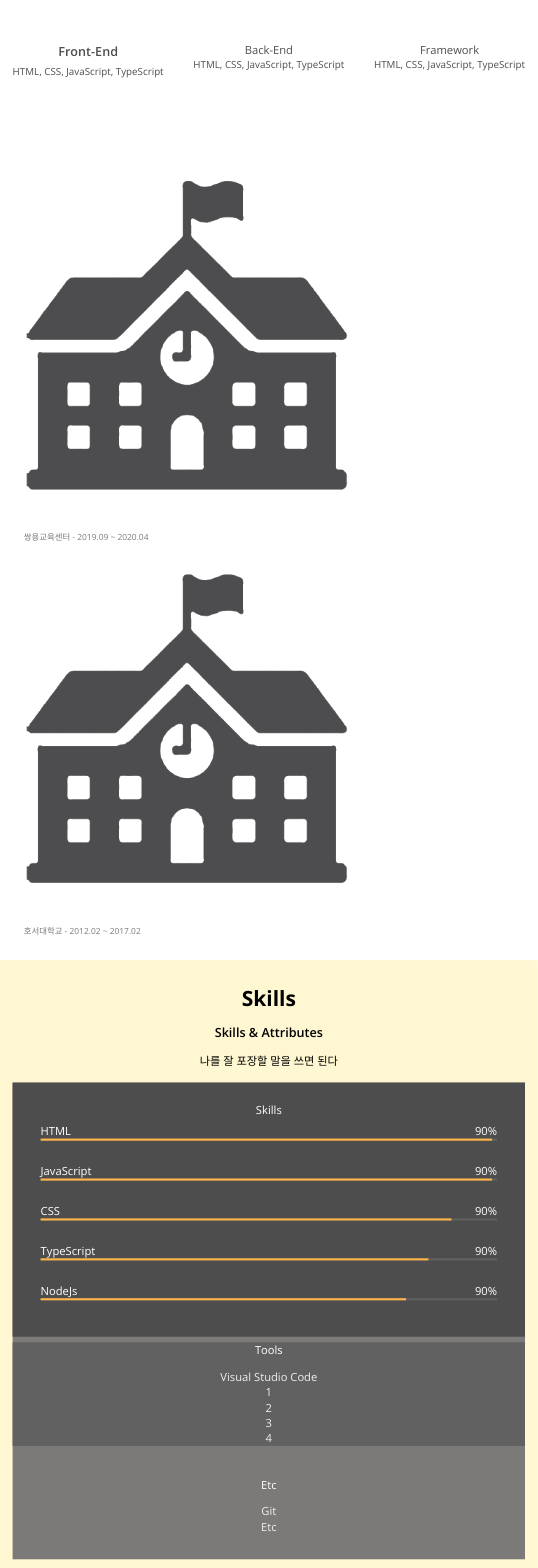
Repository: DevMinwoo-Jung/MinwooPortfolio
Page: index.html
The author's editor kept a copy of each file at every save. The page is drawn from the files as they stood at one save, then again after the next save.
The browser window is 768 px wide. The pictures show the part of the page from y = 1112 to 3352 px (the page is 5923 px tall before and 5915 px after), at 70% of full size.

Above is the page before, as saved 2021-06-07 08:12:21.

### index.html
<!DOCTYPE html>
<html lang="en">
<head>
  <meta charset="UTF-8">
  <meta http-equiv="X-UA-Compatible" content="IE=edge">
  <meta name="viewport" content="width=device-width, initial-scale=1.0">
  <title>Minwoo's Portfolio</title>
  <meta name="description" content="(will be) world-renowned Front-End Web developer Minwoo">
  <meta name="author" content= "Minwoo Jung">
  <link rel="icon" type ="image/png" href="imgs/favicon.png">
  <link rel="stylesheet" href="https://use.fontawesome.com/releases/v5.15.3/css/all.css" integrity="sha384-SZXxX4whJ79/gErwcOYf+zWLeJdY/qpuqC4cAa9rOGUstPomtqpuNWT9wdPEn2fk" crossorigin="anonymous">
  <link rel="preconnect" href="https://fonts.gstatic.com">
<link href="https://fonts.googleapis.com/css2?family=Open+Sans:wght@400;600;700&display=swap" rel="stylesheet">
<link rel="stylesheet" href="style.css">
<script src="main.js" defer></script>
</head>
<body>
  <!-- Navbar -->
  <nav id="navbar">
    <div class="navbar__logo">
      <img src="imgs/favicon.png" alt="">
      <a href="#">Minwoo</a>
    </div>
    <div class="navbar__menu">
      <ul class="navbar__menu">
        <li class="navbar__menu__item active" data-link="#home">Home</li>
        <li class="navbar__menu__item" data-link="#about">About</li>
        <li class="navbar__menu__item" data-link="#skills">Skills</li>
        <li class="navbar__menu__item" data-link="#work">My work</li>
        <li class="navbar__menu__item" data-link="#testimonials">Testimonial</li>
        <li class="navbar__menu__item" data-link="#contact">Contact</li>
      </ul>
    </div>
  <!-- Toggle Button -->
      <button class="navbar__toggle-btn">
        <i class="fas fa-bars"></i>
      </button>
  </nav>

  <!-- Arrow Button -->
    <button class="home__btn" data-link="#home">
      <i class="fas fa-chevron-circle-up"></i>
    </button>


  <!-- Home -->
  <section id="home">
    <div class="home__container">
      <img src="imgs/myPhoto.jpg" alt="Minwoo's profile photo" class="home__avatar">
      <h1 class="home__title">반갑습니다. <br> 프론트엔드 개발자 정민우입니다.</h1>
      <h2 class="home__description">멈추지 않는 개발자로 살아가고싶습니다.</h2>
      <button class="home__contact" data-link="#contact">Contact Me</button>
    </div>
  </section>
  <!-- About -->
  <section id="about" class="section section__container">
    <h1>About me</h1>
    <p>나를 나타내는 문장 문장 장문 문에 있는 고추장</p>
    <div class="aoubt__majors">
      <div class="major">
        <div class="major__icon">
          <i class="fab fa-js-square"></i>
        </div>
        <h2 class="major__title">Front-End</h2>
        <div class="major__description">
          HTML, CSS, JavaScript, TypeScript
        </div>
      </div>
      <div class="major">
        <div class="major__icon">
          <i class="fab fa-node"></i>
        </div>
        <div class="major__title">Back-End</div>
        <div class="major__description">
          HTML, CSS, JavaScript, TypeScript
        </div>
      </div>
      <div class="major">
        <div class="major__icon">
          <i class="fab fa-react"></i>
        </div>
        <div class="major__title">Framework</div>
        <div class="major__description">
          HTML, CSS, JavaScript, TypeScript
        </div>
      </div>
    </div>
    <div class="aoubt__jobs">
      <div class="job">
        <img src="imgs/school.png" alt="" class="job__logo">
      </div>
      <div class="job__description">
        <p class="job__period">쌍용교육센터 - 2019.09 ~ 2020.04</p>
      </div>
      <div class="job">
        <img src="imgs/school.png" alt="" class="job__logo">
      </div>
      <div class="job__description">
        <p class="job__period">호서대학교 - 2012.02 ~ 2017.02</p>
      </div>
    </div>



  </section>
  <!-- Skills -->
  <section id="skills" class="section">
    <div class="section__container">
      <h1>Skills</h1>
      <h2>Skills & Attributes</h2>
      <p>
        나를 잘 포장할 말을 쓰면 된다
      </p>
      <div class="skillset">
        <div class="skillset__left">
          <h3 class="skillset__title">Skills</h3>
          <div class="skill">
            <div class="skill__description">
              <span>HTML</span>
              <span>90%</span>
            </div>
            <div class="skill__bar">
              <div class="skill__value" style="width: 99%;"></div>
            </div>
          </div>
          <div class="skill">
            <div class="skill__description">
              <span>JavaScript</span>
              <span>90%</span>
            </div>
            <div class="skill__bar">
              <div class="skill__value"  style="width: 99%;"></div>
            </div>
          </div>
          <div class="skill">
            <div class="skill__description">
              <span>CSS</span>
              <span>90%</span>
            </div>
            <div class="skill__bar">
              <div class="skill__value"  style="width: 90%;"></div>
            </div>
          </div>
          <div class="skill">
            <div class="skill__description">
              <span>TypeScript</span>
              <span>90%</span>
            </div>
            <div class="skill__bar">
              <div class="skill__value"  style="width: 85%;"></div>
            </div>
          </div>
          <div class="skill">
            <div class="skill__description">
              <span>NodeJs</span>
              <span>90%</span>
            </div>
            <div class="skill__bar">
              <div class="skill__value"  style="width: 80%;"></div>
            </div>
          </div>
        </div>
        <div class="skillset__right">
          <div class="tools">
            <h3 class="skillset__title">Tools</h3>
            <ul class="tools__list">
              <li><span>Visual Studio Code</span></li>
              <li><span>1</span></li>
              <li><span>2</span></li>
              <li><span>3</span></li>
              <li><span>4</span></li>
            </ul>
          </div>
          <div class="etc">
            <h3 class="skillset__title">Etc</h3>
            <ul class="etc__list">
              <li><span>Git</span></li>
              <li><span>Etc</span></li>
            </ul>
          </div>
        </div>
      </div>
    </div>
  </section>
  <!-- Work -->
  <section id="work" class="section">
<div class="section__container">
  <h1>My work</h1>
  <h3>Projects</h3>
  <div class="work__categories">
    <button class="category__btn selected" data-filter="*">All <span class="category__count">8</span></button>
    <button class="category__btn" data-filter="Front-End">Front-End <span class="category__count">3</span></button>
    <button class="category__btn" data-filter="React">React <span class="category__count">2</span></button>
    <button class="category__btn" data-filter="vanilaJs">VanilaJs <span class="category__count">2</span></button>
    <button class="category__btn" data-filter="nodeJs">NodeJs <span class="category__count">1</span></button>
  </div>
  <div class="work__projects">
    <a href="mygithub" class="project" target="blank" data-type="*">
    <img class="project__img" src="imgs/favicon.png" alt="project1">
    <!-- 이미지 추후에 넣자 -->
    <div class="project__description">
      <h3>Proejct</h3>
      <span>Clone coding with HTML and CSS</span>
    </div>
    </a>
    <a href="mygithub" class="project" target="blank" data-type="Front-End">
      <img class="project__img" src="imgs/favicon.png" alt="project1">
      <!-- 이미지 추후에 넣자 -->
      <div class="project__description">
        <h3>Proejct</h3>
        <span>Clone coding with HTML and CSS</span>
      </div>
      </a>
      <a href="mygithub" class="project" target="blank" data-type="Front-End">
        <img class="project__img" src="imgs/favicon.png" alt="project1">
        <!-- 이미지 추후에 넣자 -->
        <div class="project__description">
          <h3>Proejct</h3>
          <span>Clone coding with HTML and CSS</span>
        </div>
      </a>
      <a href="mygithub" class="project" target="blank" data-type="React">
        <img class="project__img" src="imgs/favicon.png" alt="project1">
        <!-- 이미지 추후에 넣자 -->
        <div class="project__description">
          <h3>Proejct</h3>
          <span>Clone coding with HTML and CSS</span>
        </div>
      </a>
      <a href="mygithub" class="project" target="blank" data-type="vanilaJs">
        <img class="project__img" src="imgs/favicon.png" alt="project1">
        <!-- 이미지 추후에 넣자 -->
        <div class="project__description">
          <h3>Proejct</h3>
          <span>Clone coding with HTML and CSS</span>
        </div>
      </a>
      <a href="mygithub" class="project" target="blank" data-type="vanilaJs">
        <img class="project__img" src="imgs/favicon.png" alt="project1">
        <!-- 이미지 추후에 넣자 -->
        <div class="project__description">
          <h3>Proejct</h3>
          <span>Clone coding with HTML and CSS</span>
        </div>
      </a>
      <a href="mygithub" class="project" target="blank" data-type="nodeJs">
        <img class="project__img" src="imgs/favicon.png" alt="project1">
        <!-- 이미지 추후에 넣자 -->
        <div class="project__description">
          <h3>Proejct</h3>
          <span>Clone coding with HTML and CSS</span>
        </div>
      </a>
      <a href="mygithub" class="project" target="blank" data-type="React">
        <img class="project__img" src="imgs/favicon.png" alt="project1">
        <!-- 이미지 추후에 넣자 -->
        <div class="project__description">
          <h3>Proejct</h3>
          <span>Clone coding with HTML and CSS</span>
        </div>
      </a>
  </div>
</div>
  </section>
  <!-- Testimonials -->
  <section id="testimonials" class="section">
<div class="section__container">
  <h1>Testmonials</h1>
  <h3>See what they say about me</h3>
  <div class="testimonials">
    <div class="testimonial">
      <img src="imgs/testimonail/people.jpg" alt="" class="testimonial__avatar">
      <div class="testimonail__speech-bubble">
        <p>Lorem Ipsum is simply dummy text of the printing and typesetting industry. Lorem Ipsum has been the industry's standard dummy text ever since the 1500s, when an unknown printer took a galley of type and scrambled it to make a type specimen book. It has survived not only five centuries, but also the leap into electronic typesetting, remaining essentially unchanged. It was popularised in the 1960s with the release of Letraset sheets containing Lorem Ipsum passages, and more recently with desktop publishing software like Aldus PageMaker including versions of Lorem Ipsum.</p>
        <p class="name"><a href="">이름</a>일한곳</p>
      </div>
    </div>
    <div class="testimonial">
      <div class="testimonail__speech-bubble">
        <p>Lorem Ipsum is simply dummy text of the printing and typesetting industry. Lorem Ipsum has been the industry's standard dummy text ever since the 1500s, when an unknown printer took a galley of type and scrambled it to make a type specimen book. It has survived not only five centuries, but also the leap into electronic typesetting, remaining essentially unchanged. It was popularised in the 1960s with the release of Letraset sheets containing Lorem Ipsum passages, and more recently with desktop publishing software like Aldus PageMaker including versions of Lorem Ipsum.</p>
        <p class="name"><a href="">이름</a>일한곳</p>
      </div>
      <img src="imgs/testimonail/people.jpg" alt="" class="testimonial__avatar">
    </div>
  </div>
</div>
  </section>
  <!-- Contact -->
  <section id="contact" class="section">
    <h1 class="contact__title">Let's talk</h1>
    <h2 class="contact__email">applejung312@gmail.com</h2>
    <div class="contact__links">
      <a href="https://github.com/DevMinwoo-Jung" target="_blank">
        <i class="fab fa-github"></i>
      </a>
      <a href="https://dev-minwoo.tistory.com/" target="_blank">
        <i class="fas fa-blog"></i>
      </a>
    </div>
    <p class="contact__right">
      2021 Minwoo Jung - All rights reseverd
    </p>
  </section>
</body>
</html>

### style.css
/* Global */
:root {
  /* Color */
  --color-white: #ffffff;
  --color-light-white: #eeeeee;
  --color-dark-white: #bdbdbd;
  --color-pink: #fe918d;
  --color-dark-pink: #ff6863;
  --color-dark-grey: #4d4d4d;
  --color-grey: #616161;
  --color-light-grey: #7c7979;
  --color-blue: #73aace;
  --color-yellow: #fff7d1;
  --color-orange: #feb546;
  --color-black: #000000;
  --color-dard-purple: rgb(78, 23, 69);

  /* Font size */
  --font-large: 48px;
  --font-medium: 28px;
  --font-regular: 18px;
  --font-small: 16px;
  --font-micro: 14px;

  /* Font weight */
  --weight-bold: 700;
  --weight-semi-bold: 600;
  --weight-regular: 400;

  /* Size */
  --size-border-radius: 4px;

  /* Animation Duration */
  --animation-duration: 300ms;
}

/* Universal tags */
* {
  box-sizing: border-box;
}

/* Typography */
h1 {
  font-size: var(--font-large);
  font-weight: var(--weight-bold);
  color: var(--color-black);
  margin: 16px 0px;
}

h2 {
  font-size: var(--font-medium);
  font-weight: var(--weight-semi-bold);
  color: var(--color-black);
  margin: 8px 0;
}

h3 {
  font-size: var(--font-regular);
  font-weight: var(--weight-regular);
  color: var(--color-black);
  margin: 8px 0;
}

p {
  font-size: var(--font-regular);
  font-weight: var(--weight-regular);
  color: var(--color-black);
  margin: 16px 0;
}

body {
  margin: 0;
  font-family: "Open Sans", sans-serif;
  cursor: default;
}

a {
  text-decoration: none;
  color: var(--color-white);
}

ul {
  list-style: none;
  padding-left: 0;
}

li {
  list-style: none;
}

button {
  background-color: transparent;
  cursor: pointer;
  border: none;
  outline: none;
}

/* Navbar */
#navbar {
  display: flex;
  justify-content: space-between;
  background-color: purple;
  align-items: center;
  position: fixed;
  width: 100%;
  transition: all var(--animation-duration) ease-in-out;
  z-index: 1;
}

#navbar.navbar--dark {
  background-color: rgb(150, 95, 150);
  padding: 8px;
}

.navbar__menu {
  display: flex;
}

.navbar__menu__item {
  padding: 8px 12px;
  margin: 0 4px;
  cursor: pointer;
  color: var(--color-white);
  border: 1px solid transparent;
}

.navbar__menu__item:hover {
  background-color: var(--color-dard-purple);
  border-radius: var(--size-border-radius);
}

.navbar__logo {
  font-size: var(--font-medium);
  font-weight: var(--weight-semi-bold);
  color: white;
}

.navbar__logo img {
  height: 100px;
  width: 100px;
}

.navbar__logo a {
  position: relative;
  bottom: 35px;
}

.navbar__toggle-btn {
  position: absolute;
  right: 32px;
  font-size: 24px;
  color: var(--color-white);
  top: 24px;
  display: none;
}

/* Home */
#home {
  background: url("imgs/background\ Img.png") center/cover no-repeat;
  padding: 150px;
  text-align: center;
}

.home__fadeOut {
  opacity: 0.5;
  transition: all calc(var(--animation-duration)) ease-in-out;
}

.home__avatar {
  width: 250px;
  height: 250px;
  border-radius: 50%;
  border: 2px solid var(--color-white);
}

.home__title,
.home__description {
  color: var(--color-white);
}

.home__contact {
  color: var(--color-white);
  font-size: var(--font-regular);
  font-weight: var(--weight-bold);
  margin: 24px;
  padding: 8px 12px;
  border: 2px solid (var(--color-white));
  border-radius: var(--size-border-radius);
}

.home__contact:hover {
  background-color: rgb(151, 87, 151);
}

/* Section common */
.section {
  margin: auto;
  padding: 50px;
  text-align: center;
}

.section__container {
  max-width: 1200px;
  margin: auto;
}

/* About */
.aoubt__majors {
  display: flex;
  justify-content: space-between;
  margin: 80px 0;
}

.major__icon {
  width: 170px;
  height: 170px;
  font-size: 70px;
  line-height: 170px;
  margin: auto;
  border: 1px solid var(--color-white);
  border-radius: 50%;
  margin-bottom: 16px;
  color: var(--color-blue);
}

.major__icon i {
  transition: all var(--animation-duration) ease;
}

.major__icon:hover i {
  color: var(--color-pink);
  transform: rotate(-30deg) scale(1.1);
}

/*
.major__icon i:hover{
  이렇게하면 i에 올려났을때만 변하지만
  위처럼하면 icon에 올렸을때 i만 변한다
  color: var(--color-pink);
  transform: rotate(-30deg) scale(1.1);
} */

.major__title,
.major__description {
  color: var(--color-dark-grey);
}

.major__description {
  font-size: var(--font-small);
}

.job {
  display: flex;
  align-items: center;
}

.job__description {
  margin: 0 16px;
  text-align: left;
}

.job__name,
.job__period {
  color: var(--color-light-grey);
}

.job__name {
  font-size: var(--font-small);
}

.job__period {
  font-size: var(--font-micro);
}

/* Skill */
#skills {
  background-color: var(--color-yellow);
}

.skillset {
  display: flex;
  background-color: var(--color-light-grey);
  color: var(--color-light-white);
  margin: 20px 0;
}

.skillset__title {
  color: var(--color-white);
}

.skillset__left {
  flex-basis: 60%;
  background-color: var(--color-dark-grey);
  color: var(--color-white);
  padding: 20px 40px;
}

.skill__description {
  display: flex;
  justify-content: space-between;
}

.skillset__right {
  flex-basis: 40%;
}

.tools {
  background-color: var(--color-grey);
}

.skill__bar {
  width: 100%;
  height: 3px;
  background-color: var(--color-grey);
}

.skill {
  margin-bottom: 32px;
}

.skill__value {
  height: 3px;
  background-color: var(--color-orange);
}

.tolls,
.etc {
  padding: 20px;
}

/* Work */
.work__categories {
  margin: 40px;
}

.category__btn {
  border: 1px solid var(--color-dark-grey);
  border-radius: var(--size-border-radius);
  font-size: var(--font-regular);
  padding: 8px 48px;
}

.category__btn.selected,
.category__btn:hover {
  background-color: var(--color-pink);
  color: var(--color-white);
}

.category__btn.selected,
.category__count,
.category__btn:hover .category__count {
  opacity: 1;
  top: 0;
}
.category__count {
  background-color: var(--color-orange);
  border-radius: 50%;
  color: var(--color-white);
  width: 24px;
  height: 24px;
  display: inline-block;
  line-height: 24px;
  position: relative;
  top: -20px;
  left: 4px;
  opacity: 0;
  transition: all var(--animation-duration);
}

.work__projects {
  display: flex;
  flex-wrap: wrap;
  justify-content: center;
  opacity: 1;
  transition: all var(--animation-duration) ease-out;
}

.work__projects.anim-out {
  opacity: 0;
  transform: scale(0.9) translateY(40px);
}

.project {
  width: 280px;
  display: flex;
  justify-content: center;
  align-items: center;
  height: 250px;
  margin: 2px;
  background-color: var(--color-light-white);
  position: relative;
}

.project__img {
  max-width: 100%;
  max-height: 100%;
  align-self: center;
}

.project__description {
  position: absolute;
  top: 0;
  left: 0;
  width: 100%;
  height: 100%;
  display: flex;
  flex-direction: column;
  justify-content: center;
  opacity: 0;
  transition: all var(--animation-duration) ease-in;
  transform: translateY(10px);
  background-color: black;
}

.project.invisible {
  display: none;
}

.project:hover .project__description {
  opacity: 0.8;
  transform: translateY(0px);
}

.project__description h3 {
  color: var(--color-orange);
}

.project__description h3:after {
  content: "";
  display: block;
  position: relative;
  width: 25px;
  height: 25px;
  left: 50%;
  margin-left: -12px;
  background-color: var(--color-dark-white);
  transform: translateX(-50%);
}

/* Testimonial */
#testimonials {
  background-color: var(--color-dark-white);
}

.testimonials {
  margin: 40px;
}

.testimonial {
  display: flex;
  margin: 32px 0;
}

.testimonial__avatar {
  width: 150px;
  height: 150px;
  border-radius: 50%;
}

.testimonial__avatar:nth-child(odd) {
  margin-right: 40px;
}

.testimonial__avatar:nth-child(even) {
  margin-left: 40px;
}

.testimonail__speech-bubble {
  padding: 18px;
  background-color: var(--color-white);
  border-radius: var(--size-border-radius);
}

.testimonail__speech-bubble p {
  color: var(--color-light-grey);
}

.testimonail__speech-bubble a {
  color: var(--color-pink);
}

/* Contact */

#contact {
  background-color: var(--color-pink);
}

.contact__title,
.contact__email,
.contact__rights {
  color: var(--color-white);
}

.contact__title {
  margin: 32px 0;
}

.contact__links {
  font-size: var(--font-large);
  margin: 24px 0;
}

.contact__links i:hover {
  transform: scale(1.1);
  color: var(--color-yellow);
  transition: all var(--animation-duration) ease-in;
}

.home__btn {
  top: 90%;
  left: 90%;
  position: fixed;
  font-size: 40px;
  color: var(--color-white);
  background-color: purple;
  border-radius: 50%;
  width: 70px;
  height: 70px;
  pointer-events: none;
  opacity: 0;
  transition: opacity var(--animation-duration) ease-in;
}

.home__btn--visible {
  opacity: 1;
  pointer-events: auto;
}

@media screen and (max-width: 768px) {
  :root {
    /* Font size */
    --font-large: 30px;
    --font-medium: 18px;
    --font-regular: 16px;
    --font-small: 14px;
    --font-micro: 12px;
  }

  .navbar__toggle-btn {
    display: block;
  }
  #navbar {
    flex-direction: column;
    align-items: flex-start;
    transition: 0.4s;
  }
  .navbar__menu {
    flex-direction: column;
    text-align: center;
    width: 100%;
    display: none;
    opacity: 0;
    transition: all var(--animation-duration) ease-in;
  }

  .navbar__menu.show {
    flex-direction: column;
    text-align: center;
    width: 100%;
    display: block;
    opacity: 1;
    transition: all var(--animation-duration) ease-in;
  }

  .about__majors {
    flex-direction: column;
  }

  .major {
    margin-bottom: 38px;
  }

  .skillset {
    flex-direction: column;
  }

  .testimonail__avatar {
    width: 80px;
    height: 80px;
  }

  .section {
    padding: 18px;
  }
}

### main.js
'use strict'

// const scroll = window.scrollY; // 0 ~
// const navbar = document.getElementById('navbar').getBoundingClientRect().height; // 139


// Make navbar tranparent when it is on the top
const navbar = document.querySelector('#navbar');
const navbarHeight = navbar.getBoundingClientRect().height;

document.addEventListener('scroll', () => {
  if(window.scrollY > navbar){
    navbar.classList.add('navbar--dark');
  } else {
    document.getElementById('navbar').style.backgroundColor = 'purple'
    navbar.classList.remove('navbar--dark');
  }
});


// handle scroll when click navbar menu
// navbar가 메뉴 가림 추후 해결 해야함 2021.06.02
const navbarMenu = document.querySelector('.navbar__menu');
navbarMenu.addEventListener('click', (event) => {
  const target = event.target;
  const link = target.dataset.link;
  if(link == null){
    return;
  }
  console.log(link);
  console.log(target);
  scollIntoView(link);
});


// handle scroll when click contact
const contactMe = document.querySelector('.home__contact');
contactMe.addEventListener('click', () => {
  scollIntoView('#contact');
});


// home contents is faded out when scroll down
const homeContents = document.querySelector('.home__container');
const homeHeight = homeContents.getBoundingClientRect().height;
document.addEventListener('scroll', () => {
  homeContents.style.opacity = 1 - window.scrollY / homeHeight;
});


// appears arrow button after scrolling down
const arrowBtn = document.querySelector('.home__btn');
document.addEventListener('scroll', () => {
  if(window.scrollY > homeHeight){
    arrowBtn.classList.add('home__btn--visible');
  } else {
    arrowBtn.classList.remove('home__btn--visible');
  };
  navbarMenu.classList.remove('show');
  navbarMenu.childNodes[1].classList.remove('show');
});

// go to home when click arrow button
arrowBtn.addEventListener('click', () => {
  scollIntoView('#home');
});

// show projects
const projectsCategories = document.querySelector('.work__categories');
const project = document.querySelector('.work__projects');
const projects = document.querySelectorAll('.project');

projectsCategories.addEventListener('click', (e) => {
  const filter = e.target.dataset.filter || e.target.parentNode.dataset.filter;
  if (filter == null) {
    return;
  };

// Remove selection from the previous item and select the new
const active = document.querySelector('.category__btn.selected');
active.classList.remove('selected');
const target = e.target.nodeName === 'BUTTON' ? e.target : e.target.parentNode;
target.classList.add('selected');

project.classList.add('anim-out');
setTimeout(() => {
  projects.forEach((project) => {
    if(filter === '*' || filter === project.dataset.type){
      project.classList.remove('invisible');
    } else {
      project.classList.add('invisible');
    }
  });
  project.classList.remove('anim-out');
  }, 300);
});


// show menu when click navbar menu
const navbarBtn = document.querySelector('.navbar__toggle-btn');
navbarBtn.addEventListener('click', () => {
  console.log(navbarMenu.childNodes[1]);
  navbarMenu.classList.toggle('show');
  navbarMenu.childNodes[1].classList.toggle('show');
});


// functions
function scollIntoView(selector){
  const scrollTo = document.querySelector(selector);
  scrollTo.scrollIntoView({ behavior: 'smooth'});
}

After the next save:
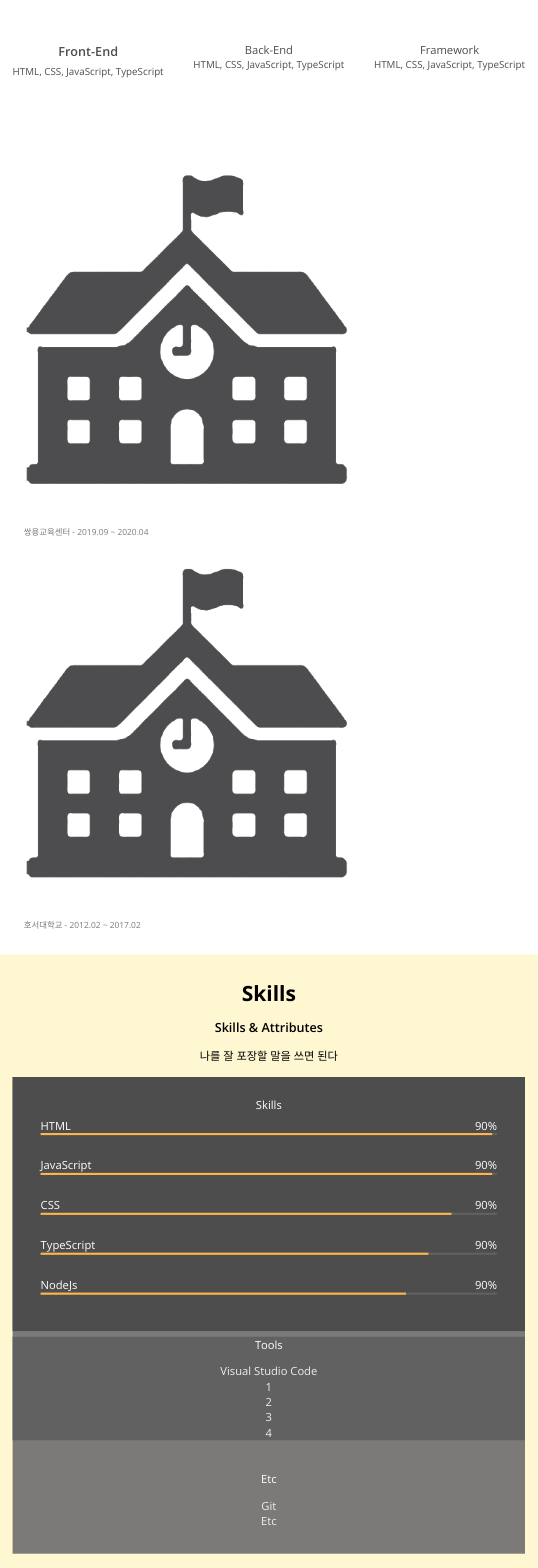
Saved 2 min 33 s later.
--- a/style.css
+++ b/style.css
@@ -564,10 +564,12 @@ button {
 
   .about__majors {
     flex-direction: column;
+    margin-top: 30px;
+    margin-bottom: 0px;
   }
 
   .major {
-    margin-bottom: 38px;
+    margin-bottom: 30px;
   }
 
   .skillset {
